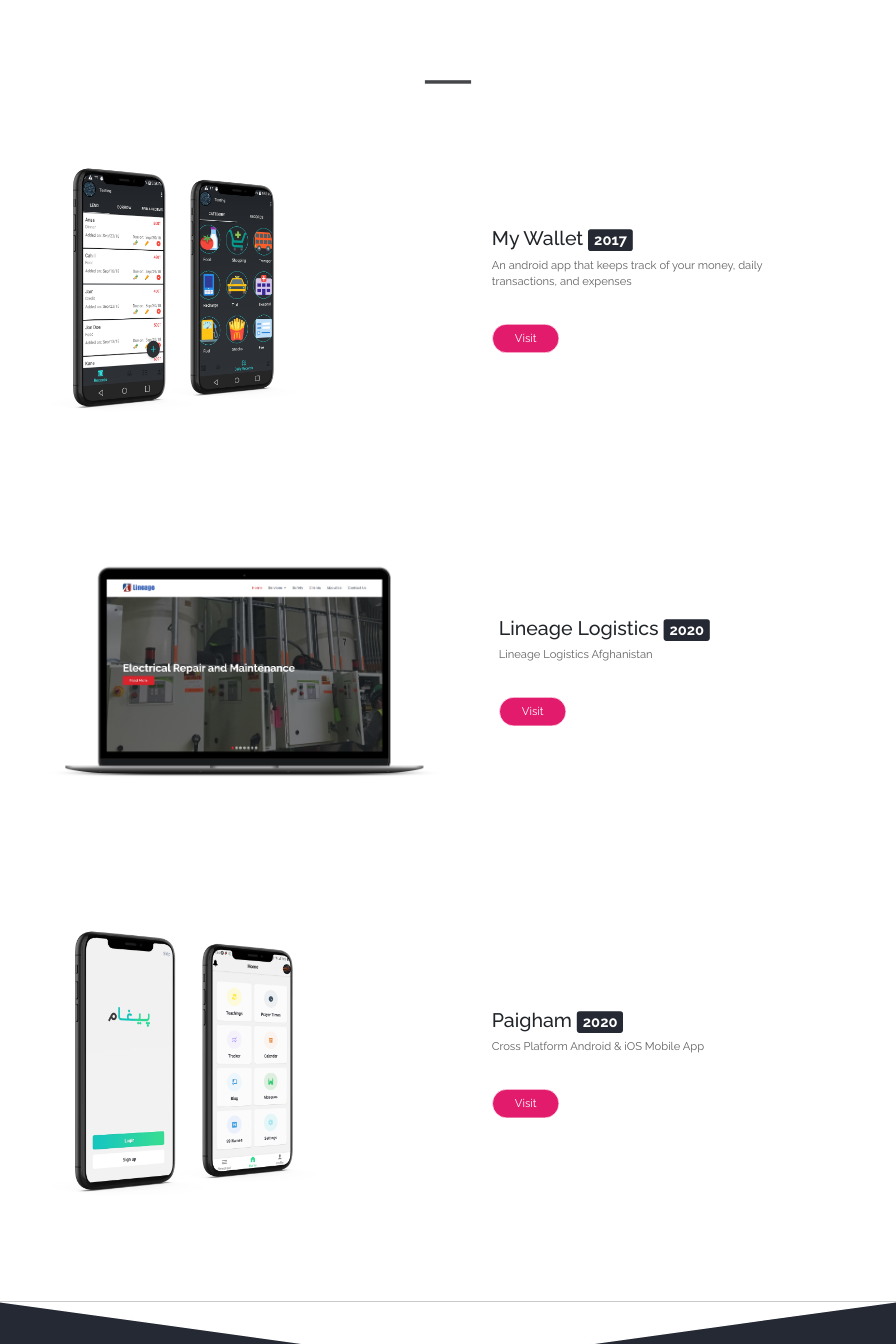
Repository: wasiqkhan/wasiqkhan.github.io
Page: index.html
These files come from the project's save history. The page is drawn as it stood at one moment and after the next save; the edit follows.
The browser window is 1280 px wide. The pictures show the part of the page from y = 2102 to 4022 px (the page is 5082 px tall), at 70% of full size.
Some web fonts or font styles are not loaded; a fallback is used.

Above is the page before, as saved 2020-12-03 01:50:49.
Not found: js/all.js
Not found: js/app.js
Not found: js/particles.js

After the next save:
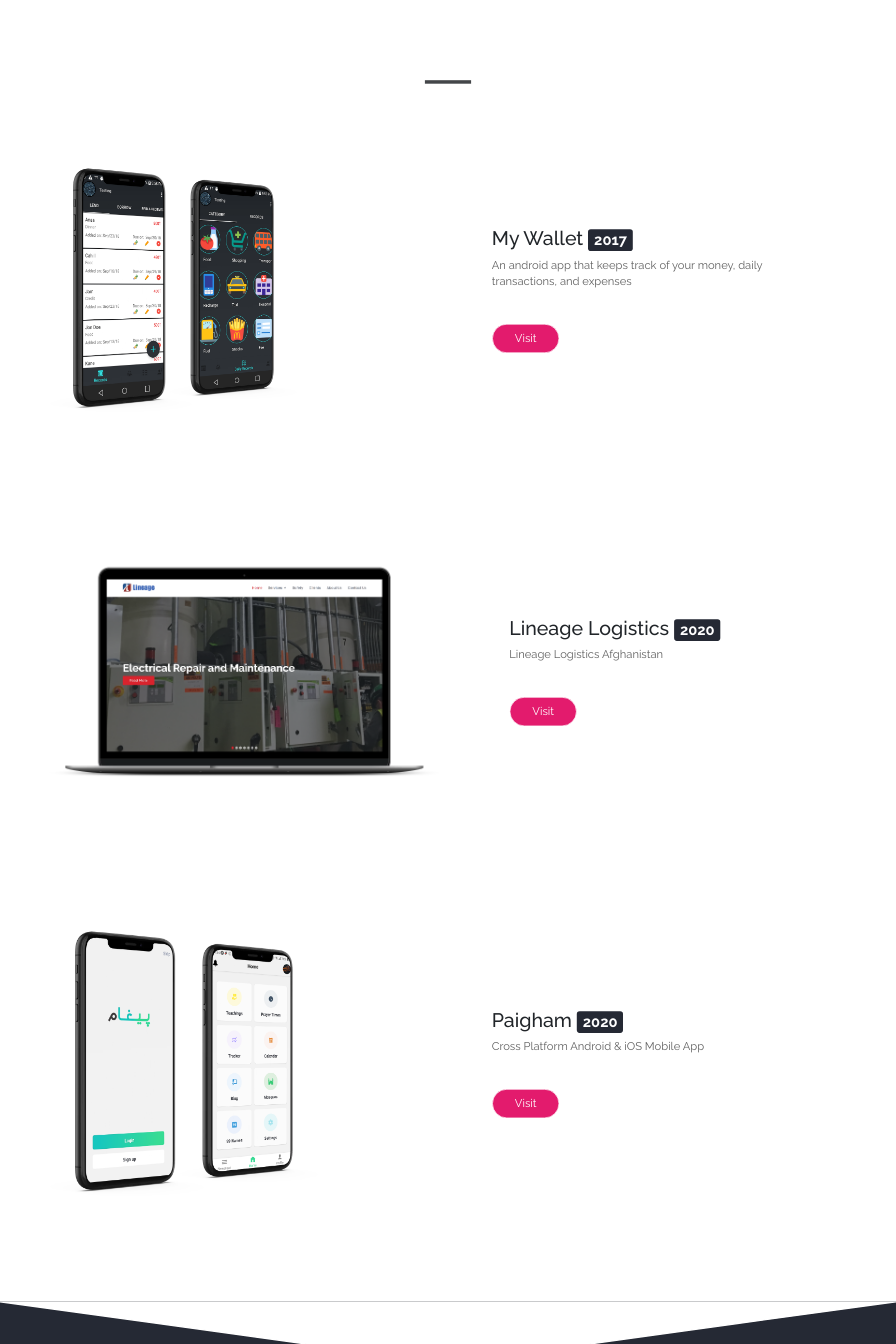
Saved 6 s later.
--- a/index.html
+++ b/index.html
@@ -275,7 +275,7 @@
         </div>
 
         <div class="portfolio-items row align-items-center h-100 text-center text-lg-left " style="margin-top: 220px;">
-          <div class="col-lg-6 p-lg-0" style="margin-right: 20px;">
+          <div class="col-lg-6 p-lg-0" style="margin-right: 50px;">
             <img src="./img/lineageweb.png" height="300"  >
 
           </div>
